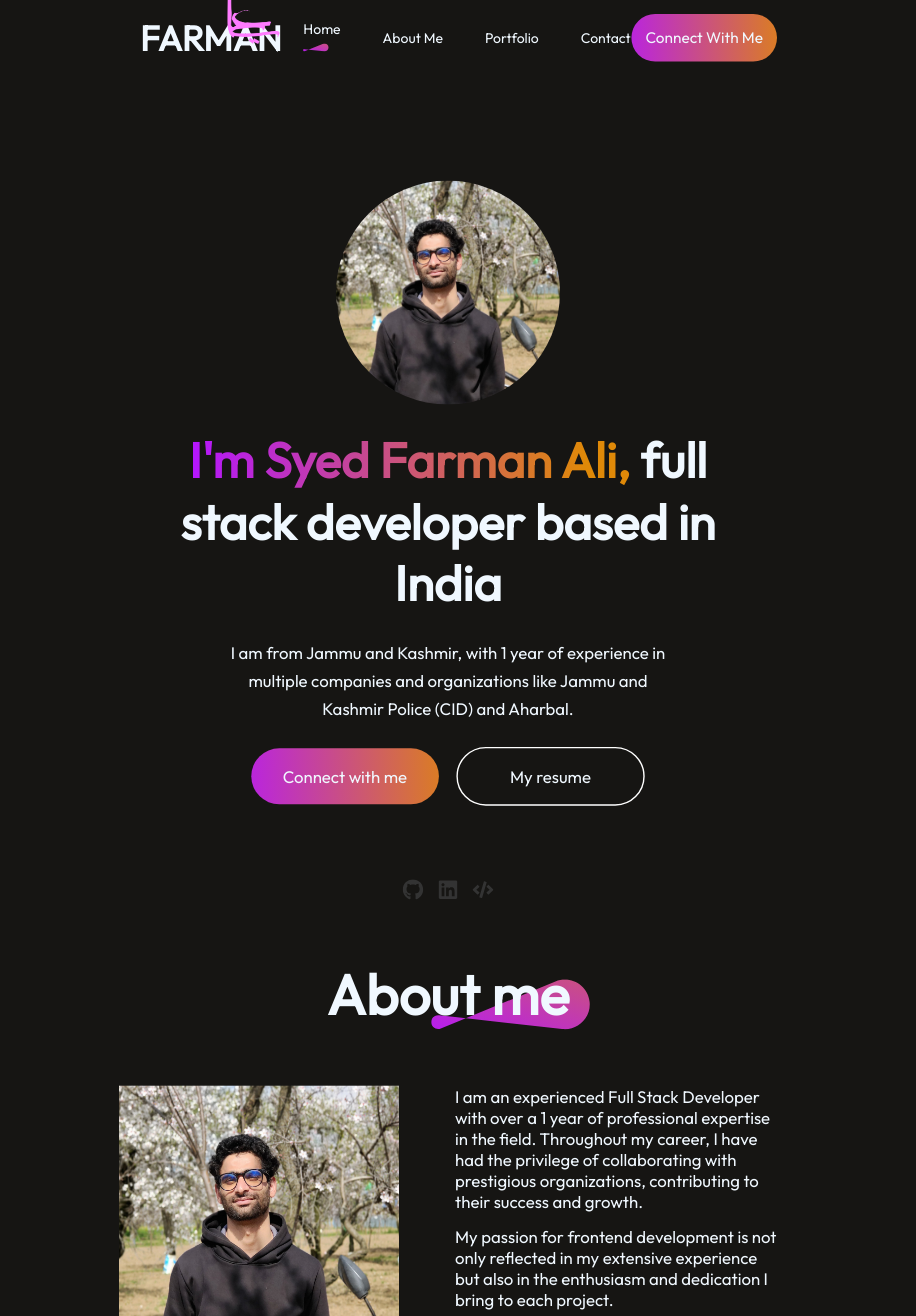
Repository: FARMAN9/portfolio_React
Page: /
The author's editor kept a copy of each file at every save. The page is drawn from the files as they stood at one save, then again after a run of saves.
The browser window is 1280 px wide. The page is 1309 px wide, so the pictures cover 1309 px, including what lies to the right of the window. The pictures show the part of the page from y = 0 to 1880 px (the page is 4995 px tall before and 5001 px after), at 70% of full size.
The project was rebuilt for these pictures with package versions that can differ from the ones it lists, and the page was loaded fresh each time. Also part of the build but not shown: vite.config.js.

Above is the page before, as saved 2024-10-16 20:10:13.

### index.html
<!doctype html>
<html lang="en">
  <head>
    <meta charset="UTF-8" />
    <link rel="icon" type="image/svg+xml" href="/bac.svg" />
    <meta name="viewport" content="width=device-width, initial-scale=1.0" />
    <title>Portfoilo</title>
    <link rel="preconnect" href="https://fonts.googleapis.com">
<link rel="preconnect" href="https://fonts.gstatic.com" crossorigin>
<link href="https://fonts.googleapis.com/css2?family=Outfit&display=swap" rel="stylesheet">


  </head>
  <body>
    <div id="root"></div>

    <script type="module" src="/src/main.jsx"></script>
  </body>
</html>

### src/App.jsx

import NavBar from './Components/Navbar/NavBar'
import Hero from './Components/Hero/Hero'
import About from './Components/About/About'
import MyWork from './Components/MyWork/MyWork'
import Contact from './Components/Contact/Contact'
import Footer from './Components/Footer/Footer'
import React from 'react';

function App() {


  return (
  <>
  <NavBar/>
  <Hero/>
  <About/>
  <MyWork/>
  <Contact/>
  <Footer/>
  </>
  )
}

export default App

### src/index.css

*{
  margin: 0;
  padding: 0;

}
body{
  height: 100vh;
  background: #161513;
  color: aliceblue;
  font-family: outfit;
}

### src/Components/Navbar/NavBar.jsx
import React, { useRef, useState,useEffect } from 'react';
import './Navbar.css';
import ali from '../../assets/ali.png'
import backgound from '../../assets/nav_underline.svg'
import AnchorLink from 'react-anchor-link-smooth-scroll'
import menu_open from '../../assets/menu_open.svg'
import menu_close from '../../assets/menu_close.svg'



function NavBar() {



  const [menu,setMenu]=useState('home')
  const menuRef =useRef();
  const openMenu=()=>{
    menuRef.current.style.right='0'
  }
  const closeMenu=()=>{
    menuRef.current.style.right='-350px'
  }
  return (
    <nav className='navbar'>
      <div className='logo'>
      <AnchorLink className='anchor-link' href='#home'>
      <h1>FARMAN</h1>
      <img src={ali} alt="" />
      </AnchorLink>
      </div>
      <img src={menu_open}  onClick={openMenu} alt="" className='nav-mob-open' />

            <ul ref={menuRef} className='nav-menu'>
            <img src={menu_close} alt="" className='nav-mob-close' onClick={closeMenu}/>
             <li> <AnchorLink className='anchor-link' href='#home'><p onClick={()=>setMenu('home')}>Home</p> </AnchorLink>{menu ==='home' ? <img src ={backgound} alt=''/>:<></> }</li>
             <li><AnchorLink className='anchor-link' offset={50} href='#about'><p onClick={()=>setMenu('about')}>About Me</p></AnchorLink>{menu ==='about' ? <img src ={backgound} alt=''/>:<></> }</li>
             <li><AnchorLink className='anchor-link' offset={50} href='#work'><p onClick={()=>setMenu('work')}>Portfolio</p></AnchorLink>{menu ==='work' ? <img src ={backgound} alt=''/>:<></> }</li>
             <li><AnchorLink className='anchor-link' offset={50} href='#contact'><p onClick={()=>setMenu('contact')}>Contact</p></AnchorLink>{menu ==='contact' ? <img src ={backgound} alt=''/>:<></> }</li>
            </ul>
            <div className="nav-connect"><AnchorLink className='anchor-link' offset={50} href='#contact'>Connect With Me</AnchorLink></div>

    </nav>
  )
}

export default NavBar

### src/Components/Hero/Hero.jsx
import "./Hero.css";
import profile from "../../assets/profile.jpg";
import AnchorLink from "react-anchor-link-smooth-scroll";
import { FaGithub, FaLinkedin, FaCode } from "react-icons/fa";
import React, { useRef, useEffect } from "react";
import gsap from "gsap";
import { ScrollTrigger } from "gsap/ScrollTrigger";

// Register ScrollTrigger plugin
gsap.registerPlugin(ScrollTrigger);

function Hero() {
  const sectionRef = useRef(null);

  useEffect(() => {
    gsap.fromTo(
      sectionRef.current,
      { opacity: 0, y: 100, fontSize: "20px" },
      {
        opacity: 1,
        y: 0,
        fontSize: "50px", // Target font size on scroll
        scrollTrigger: {
          trigger: sectionRef.current,
          start: "top 75%",
          end: "bottom 25%",
          scrub: true,
        },
        duration: 1,
      }
    );
  }, []);

  return (
    <div id="home" className="hero">
      <img src={profile} alt="profile" />
      <h1>
        <span className="myname">I'm Syed Farman Ali,</span> full stack
        developer based in India
      </h1>
      <p>
        I am from Jammu and Kashmir, with 1 year of experience in multiple
        companies and organizations like Jammu and Kashmir Police (CID) and
        Aharbal.
      </p>
      <div className="hero-action">
        <div className="hero-connect">
          <AnchorLink className="anchor-link" offset={50} href="#contact">
            Connect with me
          </AnchorLink>
        </div>
        <a
          className="hero-resume"
          href="https://rxresu.me/farman9/python-django-developer">
          My resume
        </a>
      </div>
      <div className="hero-socials">
        <a
          href="https://github.com/farman9"
          target="_blank"
          rel="noopener noreferrer">
          <FaGithub size={30} />
        </a>
        <a
          href="https://www.linkedin.com/in/farman9"
          target="_blank"
          rel="noopener noreferrer">
          <FaLinkedin size={30} />
        </a>
        <a
          href="https://leetcode.com/u/saeedfarman9/"
          target="_blank"
          rel="noopener noreferrer">
          <FaCode size={30} />
        </a>
      </div>
    </div>
  );
}

export default Hero;

### src/Components/About/About.jsx
import React from 'react'
import'./About.css'
import bac from '../../assets/bac.svg'
import profile from '../../assets/profile.jpg'


function About() {
  const skills = [
    { name: 'JavaScript', value: 70 },
    { name: 'Python', value: 80 },
    { name: 'Java', value: 50 },
    { name: 'HTML', value: 75 },
    { name: 'CSS', value: 70 },
    { name: 'Django', value: 60 },
    { name: 'Fastapi', value: 50 },

  ];

  return (
    <div id='about' className='about'>
        <div className="about-title">
            <h1>About me</h1>
            <img src={bac} alt="" />
        </div>
        <div className="about-sections">
        <div className="about-left">
        <img src={profile} alt="" />
       </div>
       <div className="about-right">
       <div className="about-para">
        <p>I am an experienced Full Stack Developer with over a 1 year of professional expertise in the field. Throughout my career, I have had the privilege of collaborating with prestigious organizations, contributing to their success and growth.</p>
        <p>My passion for frontend development is not only reflected in my extensive experience but also in the enthusiasm and dedication I bring to each project.</p>
       </div>
       <div className="about-skills">
        {
            skills.map((skill)=><div className="about-skill" key={skill.name}><p>{skill.name}</p><hr style={{width:`${skill.value}%`}} /></div>)
        }

      </div>
        </div>
        </div>
        <div className="about-achievements">
<div className="about-achievement">
<h1>1</h1>
<p>YEAR OF EXPERIENCE</p>
</div>
<hr />
<div className="about-achievement">
<h1>4+</h1>
<p>PROJECTS COMPLETED</p>
</div>
<hr />
<div className="about-achievement">
<h1>2+</h1>
<p>HAPPY CLIENTS</p>
</div>
</div>
    </div>
  )
}

export default About

### src/Components/MyWork/MyWork.jsx
import React, { useImperativeHandle } from "react";
import "./MyWork.css";
import bac from "../../assets/bac.svg";
import soon from "../../assets/coming_soon.gif";
import port_react from "../../assets/projects/portfilo_react.png";
import myntra from "../../assets/projects/mytra.png";
import youtube from "../../assets/projects/yt.png";
import djano_port from "../../assets/projects/django_port.png";
import dpt from "../../assets/projects/dpt.png";
import nws from "../../assets/projects/news.png";

function MyWork() {
  const mywork_data = [
    {
      w_no: 1,
      w_name: "portfolio_React",
      w_img: port_react,
      link: "https://github.com/FARMAN9/portfolio_React",
    },
    {
      w_no: 2,
      w_name: "mytra",
      w_img: myntra,
      link: "https://github.com/FARMAN9/myntra-clone-",
    },
    {
      w_no: 3,
      w_name: "youtube",
      w_img: youtube,
      link: "https://github.com/FARMAN9/youtube-clone",
    },
    {
      w_no: 4,
      w_name: "portfoilo_django",
      w_img: djano_port,
      link: "https://github.com/FARMAN9/portfoilo_django",
    },
    {
      w_no: 5,
      w_name: "DPS",
      w_img: dpt,
      link: "https://github.com/FARMAN9/Diabetes-prediction",
    },
    {
      w_no: 6,
      w_name: "oldNews_paper ",
      w_img: nws,
      link: "https://oldnews-paper.vercel.app/",
    },
    {
      w_no: 7,
      w_name: "soon",
      w_img: soon,
      link: "",
    },
  ];
  return (
    <div id="work" className="mywork">
      <div className="mywork-title">
        <h1>My Latest work</h1>
        <img src={bac} alt="" />
      </div>

      <div className="mywork-container">
        {mywork_data.map((data, index) => {
          return (
            <div key={index}>
              <a href={data.link}>
                <img src={data.w_img} alt="" />
              </a>
            </div>
          );
        })}
      </div>
    </div>
  );
}

export default MyWork;

### src/Components/Contact/Contact.jsx
import React from 'react'
import './Contact.css'
import bac from '../../assets/bac.svg'
import call from '../../assets/call.svg'
import mail from '../../assets/mail.svg'
import loc from '../../assets/loc.svg'

const mykey = "fc7158de-ce59-41ff-9c1e-672e25c721db"

function Contact() {
  const [result, setResult] = React.useState("");
  const [alertVisible, setAlertVisible] = React.useState(false);

  const onSubmit = async (event) => {
    event.preventDefault();
    setResult("Sending....");
    const formData = new FormData(event.target);

    formData.append("access_key", mykey);

    const response = await fetch("https://api.web3forms.com/submit", {
      method: "POST",
      body: formData
    });

    const data = await response.json();

    if (data.success) {
      setResult("Email Send Successfully \n Thanks😇");
      setAlertVisible(true);
      event.target.reset();
    } else {
      console.log("Error", data);
      setResult(data.message);
      setAlertVisible(true);
    }
  };

  const closeAlert = () => {
    setAlertVisible(false);
    setResult("");
  };

  return (
    <div id='contact' className='contact'>
      <div className='contact-title'>
        <h1>Get in touch</h1>
        <img src={bac} alt="" />
      </div>
      <div className='contact-section'>
        <div className='contact-left'>
          <h1>Let's talk</h1>
          <p>I'm currently available to take on new projects, so feel free to send me a message about anything that you want me to work on. You can contact anytime.</p>
          <div className="contact-details">
            <div className="contact-detail">
              <img src={mail} alt="" /> <p>saeedfarman9@gmail.com</p>
            </div>
            <div className="contact-detail">
              <img src={call} alt="" /><p>+916005943382</p>
            </div>
            <div className="contact-detail">
              <img src={loc} alt="" /><p>Jammu & Kashmir, India</p>
            </div>
          </div>
        </div>
        <div>
          <form onSubmit={onSubmit} className='contact-right'>
            <label htmlFor=""> Your Name</label>
            <input type="text" placeholder='Enter your name' name='name' />
            <label htmlFor=""> Your Email</label>
            <input type="email" placeholder='Enter your email' name='email' />
            <label htmlFor=""> Write your message here</label>
            <textarea placeholder='Enter your message' rows='8' name='message'></textarea>
            <button className='contact-submit' type='submit'>Submit now</button>
          </form>
        </div>
      </div>

      {alertVisible && (
        <div className="custom-alert">
          <div className="custom-alert-content">
            <p>{result}</p>
            <button onClick={closeAlert}>Close</button>
          </div>
        </div>
      )}
    </div>
  )
}

export default Contact

### src/Components/Footer/Footer.jsx
import React from "react";
import "./Footer.css";
import ali from "../../assets/ali.png";
import AnchorLink from 'react-anchor-link-smooth-scroll'

function Footer() {
  return (
    <div className="footer">
      <div className="footer-top">
        <div className="footer-top-left">
          <div className="logo">
          <AnchorLink className='anchor-link' offset={50} href='#home'>
            <h1>FARMAN</h1>
            <img src={ali} alt="" />
            </AnchorLink>
          </div>

        </div>
        <p>
        I wanted to take a moment to thank you for visiting my portfolio. Your time and interest in my work are truly appreciated.
        If you have any feedback, questions, or opportunities you'd like to discuss, please don't hesitate to reach out. I'm always eager to connect and explore new possibilities.
          </p>
        <div className="footer-top-right">

        </div>

        </div>
        <hr />

        <div className="footer-bottom">
          <p className="footer-bottm-left">
            {" "}
            © 2024 Syed Farman Ali. All rights reserved.{" "}
          </p>

          <div className="footer-bottom-right">
            <p>Term of Services</p>
            <p>Privacy Policy</p>
            <AnchorLink className='anchor-link' offset={50} href='#contact'> <p>Connect with me</p></AnchorLink>
          </div>
        </div>

    </div>
  );
}

export default Footer;

### src/Components/Navbar/Navbar.css
.navbar{
display: flex ;
align-items: center;
justify-content: space-between;
margin: 20px 170px;
}
.nav-menu{
    display: flex;
    align-items: center;
    list-style: none;
    gap:60px;
    font-size: 20px;

}
.nav-connect
{
    padding: 20px;
    border-radius: 50px;
    background: linear-gradient(267deg,#DA7C25 0.36%,#B923E1 102.0% );
    font-size:22px ;
    cursor: pointer;
    transition: 0.5s;

}
.nav-connect:hover
{
   transform: scale(1.05);

}



.logo{
    position: relative;
    }
.logo h1{
    padding: 0px 30px;
    font-size: 50px;
    font-weight: 600%;
    z-index: -1;

    }


.logo img{
    position: absolute;
    bottom:0;
    right: 0;

    width: 150px;
    height: 150px;

}

.anchor-link{
   text-decoration: none;
   color: aliceblue;
}
.nav-mob-close
{
    display: none;
}
.nav-mob-open{
    display: none;
}


@media(max-width:768px) {
    .navbar{
        margin: 20px 50px;
    }
    .nav-connect{
        display: none;
    }
    .nav-mob-open{
        display: block;
        position: fixed;
        right: 30px;
    }
    .nav-mob-close{
        display: block;
        position: relative;
        top: 30px;
        left: 110px;
        width: 30px;


    }
    .nav-menu{
        position: fixed;
        flex-direction: column;
        align-items: center;
        top:0;
        gap:30px;
        background-color: #1f0016;
        width: 350px;
        height: 100%;
        z-index: 2;
        transition: right 0.5s;
        right: -350px;
    }
    .nav-menu li{
        font-size: 30px;

        padding-left: 0;
        flex-direction: row;
        gap:20px;

    }

}

### src/Components/Hero/Hero.css
.hero {
  display: flex;
  flex-direction: column;
  align-items: center;
  gap: 35px;
}
.hero img {
  margin-top: 150px;
  border-radius: 50%;
  width: 20rem;
  height: 20rem;
}

.hero h1 {
  text-align: center;

  font-weight: 600;
  width: 70%;
  font-size: 70px;
}
.hero h1 span {
  background: linear-gradient(270deg, #df8908 10%, #b415ff 100%);
  background-clip: text;
  -webkit-background-clip: text;
  -webkit-text-fill-color: transparent;
}
.hero-socials img {
  width: 30px;
  height: 30px;
  cursor: pointer;
}
.hero p {
  width: 50%;
  text-align: center;
  font-size: 24px;
  line-height: 40px;
}
.hero-action {
  display: flex;
  align-items: center;
  gap: 25px;
  font-size: 24px;
  font-weight: 500;
  margin-bottom: 50px;
}
.hero-connect {
  padding: 25px 45px;
  border-radius: 50px;
  background: linear-gradient(267deg, #da7c25 0.36%, #b923e1 102%);
  cursor: pointer;
}
.hero-resume {
  padding: 25px 75px;
  border-radius: 50px;
  border: 2px solid #fff;
  cursor: pointer;
  color: aliceblue;
  text-decoration: none;
}

.hero-connect:hover {
  border: 2px solid white;
}
.hero-resume:hover {
  border-color: #b415ff;
}
.hero-socials {
  margin-top: 20px;
}

.hero-socials a {
  margin: 0 10px;
  color: #333;
  transition: color 0.3s;
}

.hero-socials a:hover {
  color: #b415ff; /* You can change this color to match the theme */
}
@media (max-width: 768px) {
  .hero img {
    margin-top: 120px;
    width: 260px;
  }
  .hero h1 {
    margin-top: 50px;
    width: 90%;
    font-size: 50px;
  }
  .hero p {
    width: 60%;
    font-size: 18px;
    line-height: 32px;
    margin: 10px 0px;
  }
  .hero-action {
    gap: 16px;
    font-size: 18px;
    font-weight: 500;
    margin-bottom: 50px;
  }
  .hero-connect {
    padding: 20px 30px;
    border-radius: 40px;
  }
  .hero-resume {
    padding: 20px 50px;
    border-radius: 40px;
  }
}

### src/Components/About/About.css
.about{
    display: flex;
    flex-direction: column;
    align-items: center;
    justify-content: center;
    gap: 80px;
    margin: 80px 170px;
    }

    .about-title{
        position: relative;
        }
    .about-title h1{
        padding: 0px 30px;
        font-size: 80px;
        font-weight: 600%;
        }


    .about-title img{
        position: absolute;
        bottom: 0;
        right: 0;
        z-index: -1;
    }


    .about-sections {
        display: flex;
        gap: 80px;
        }

.about-left img{
    width: 25rem;
    height: 25rem;
}
.about-right{
            display: flex;
            flex-direction: column;
            gap: 80px;
 }

.about-para{
    display: flex;
    flex-direction: column;
    gap: 20px;
    font-size: 24px;
    font-weight: 500;
}

.about-skills{
    display: flex;
    flex-direction: column;
    gap: 20px;
    }

.about-skill{
    display: flex;
    gap: 50px;
    align-items: center;
    transition: 0.3s;
}
.about-skill p {
    min-width: 150px;
    font-size: 24px;
    font-weight: 500;
}
.about-skill hr{
    outline: none;
    border: none;
    width: 50%;
    height: 8px;
    border-radius: 50px;
    background: linear-gradient(267deg,#DA7C25 0.36%,#B923E1 102.0% );

}

.about-achievements{
    display: flex;
    width: 100%;
    justify-content: space-around;
    margin-bottom: 80px;

}

.about-achievement{
    display: flex;
    flex-direction: column;
    align-items: center;
    gap: 10px;
    transition: 0.5s;
}


.about-achievement h1{
   font-size: 60px;
   font-weight: 700;
   background: linear-gradient(267deg,#DA7C25 0.36%,#B923E1 102.0% );
   background-clip: text ;
   -webkit-background-clip: text;
   -webkit-text-fill-color: transparent;
}

.about-achievement p{
    font-size: 22px;
    font-weight: 500;

 }
 .about-skill:hover{
    transform: scale(1.05);
    transition: 0.3s;
 }
 .about-achievement:hover{
    transform: scale(1.12);
    transition: 0.5s;

 }


 @media(max-width:768px) {
    .about{
        gap: 80px;
        margin: 50px 70px;
        align-items: start;
    }
    .about-title h1{
        font-size: 50px;
        padding: 0;

    }
    .about-title img {
        width: 130px;
        right: -20px;
    }

    .about-sections{
        flex-direction: column;
    }
    .about-left{
        display: none;
    }
    .about-para{
        font-size: 18px;
        line-height: 32px;
    }
    .about-skill{
        gap:20px;
        align-items: center;
    }
    .about-skill p{
        font-size: 20px;

    }
    .about-skill hr{
        height: 6px;

    }
    .about-achievements{
        justify-content: space-between;
    }
    .about-achievement{
        gap: 10px;
    }
    .about-achievement h1{
        font-size: 34px;
        font-weight: 700;
    }
    .about-achievement p{
        text-align: center;
        font-size: 16px;

    }

 }

### src/Components/MyWork/MyWork.css
.mywork{
    display: flex;
    flex-direction: column;
    align-items: center;
    justify-content: center;
    gap:80px;
    margin: 80px 170px;
}
.mywork-title{
    position: relative;
}
.mywork-title h1{
    padding: 0px 30px;
        font-size: 80px;
        font-weight: 600%;
}
.mywork-title img{
    position: absolute;
        bottom: 0;
        right: 0;
        z-index: -1;
}

.mywork-container{
    display: grid;
    grid-template-columns: 1fr 1fr 1fr ;
    gap :40px;
}

.mywork-container img {
    box-sizing: border-box;
    width: 419px;
    height: 280px;
    transition: 0.3s;
    cursor: pointer;
}
.mywork-container img:hover {
   transform: scale(1.10);
   border: 4px solid #ff00ff;
   border-radius: 10px;
   transition: 0.3s;
}


@media(max-width:768px){
    .mywork{
        gap: 50px;
        margin: 50px 70px;
        align-items: start;
    }
    .mywork-title h1{
        padding: 0;
        font-size: 50px;
        font-weight: 600;

    }
    .mywork-title img{
        width: 130px;
        margin-right:-20px;
    }
    .mywork-container{
        grid-template-columns: 1fr 1fr;
    }
    .mywork-container img{
        width: 100%;
        height: 100%;
    }


}

### src/Components/Footer/Footer.css


.logo{
    position: relative;
    }
.logo h1{
    padding: 0px 30px;
    font-size: 50px;
    font-weight: 600%;
    z-index: -1;
    }
.logo img{
    position: absolute;
    bottom:0;
    right: 0;
    width: 150px;
    height: 150px;

}


.footer{
 margin: 50px 170px;
 display: flex;
 flex-direction: column;
 gap: 30px;
}
.footer-top{
    display: flex;
    justify-content: space-between;
}
.footer-top-left{
    display: flex;
    align-items: center;


}
.footer-top-left p{
   font-size: 15px;
   max-width: 500px;
}

.footer-bottom{
    display: flex;
    justify-content: space-between;
    font-size: 18px;

}
.footer-bottom-right{
    display: flex;
    gap:50px;
    margin-bottom: 50px;


}
@media(max-width:768px)
{
    .footer{
        margin: 50px 70px;
    }
    .footer-top{
        flex-direction: column;
        gap: 50px;
    }
    .footer-bottom{
        display: flex;
        flex-direction: column-reverse;
        margin-bottom: 50px;

    }
}

Loaded but not shown: src/main.jsx (common file); src/Components/Contact/Contact.css (207 lines, source omitted)

After the next 5 saves:
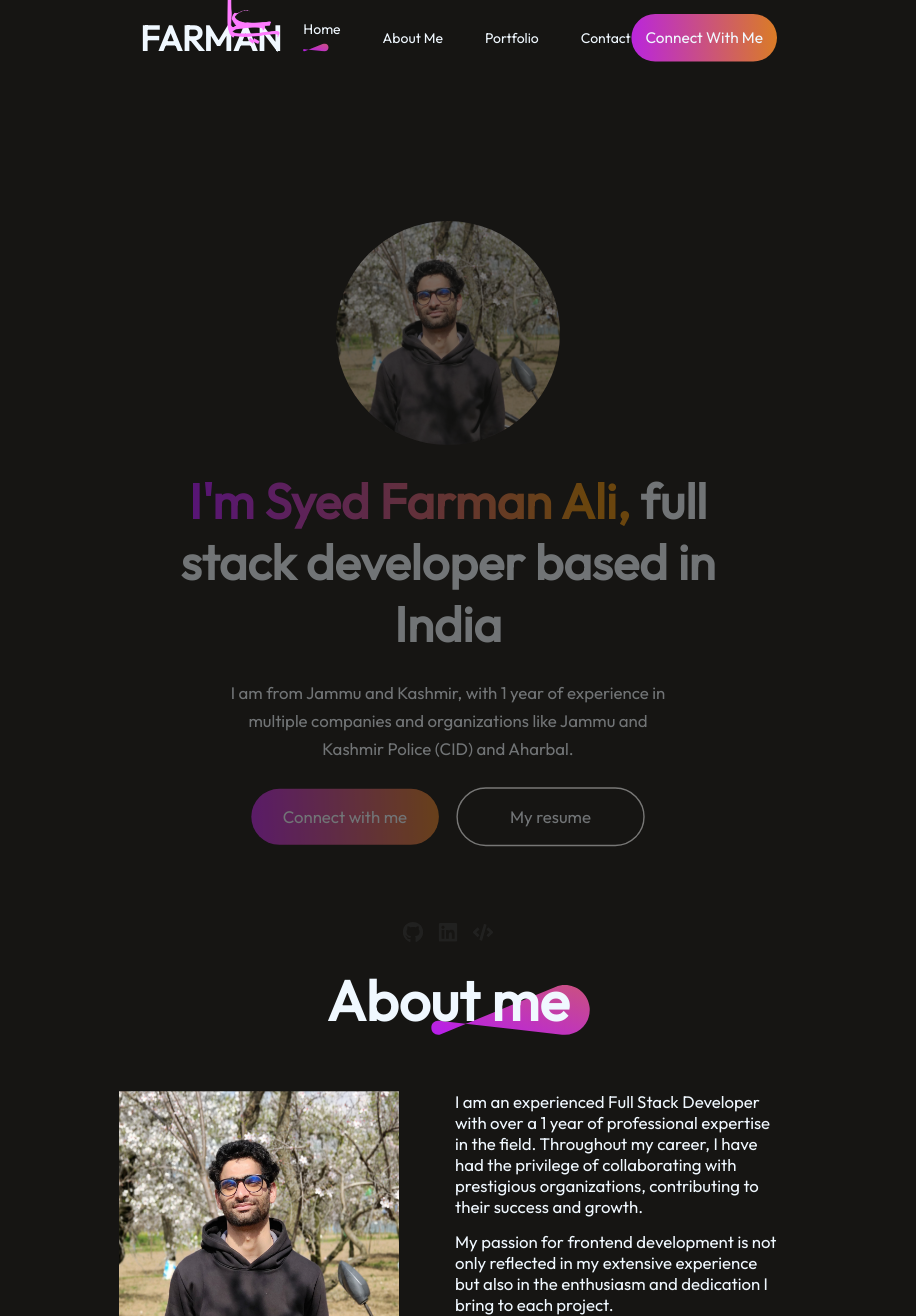
The 5 saves are shown as one change because they came seconds apart.
The last was saved 18 s later.
--- a/src/Components/Hero/Hero.jsx
+++ b/src/Components/Hero/Hero.jsx
@@ -32,7 +32,7 @@
   }, []);
 
   return (
-    <div id="home" className="hero">
+    <div id="home" className="hero" ref={sectionRef}>
       <img src={profile} alt="profile" />
       <h1>
         <span className="myname">I'm Syed Farman Ali,</span> full stack
